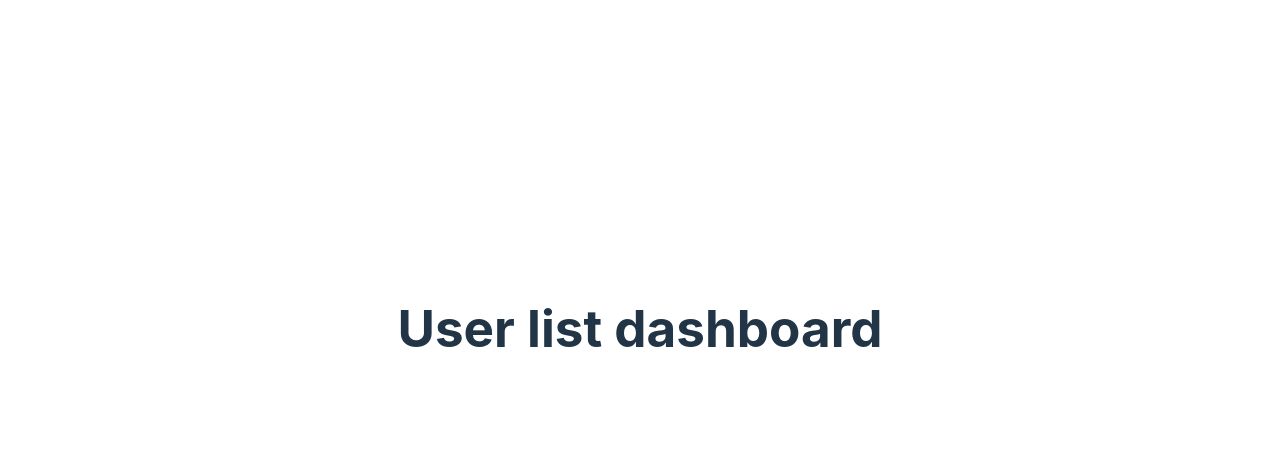
Repository: atzin-escandia/react-typescript-users-dashboard
Page: /
An editor plug-in stored every save of this project. The page is shown before and after the next save, followed by the edit.
The browser window is 1280 px wide. The pictures show the whole page.
The page's requests for data from a server got no answer. The project was rebuilt for these pictures with package versions that can differ from the ones it lists, and the page was loaded fresh each time. No one was signed in, and anything a server would have sent is missing. Also part of the build but not shown: vite.config.ts.

Above is the page before, as saved 2023-10-08 20:52:18.

After the next save:
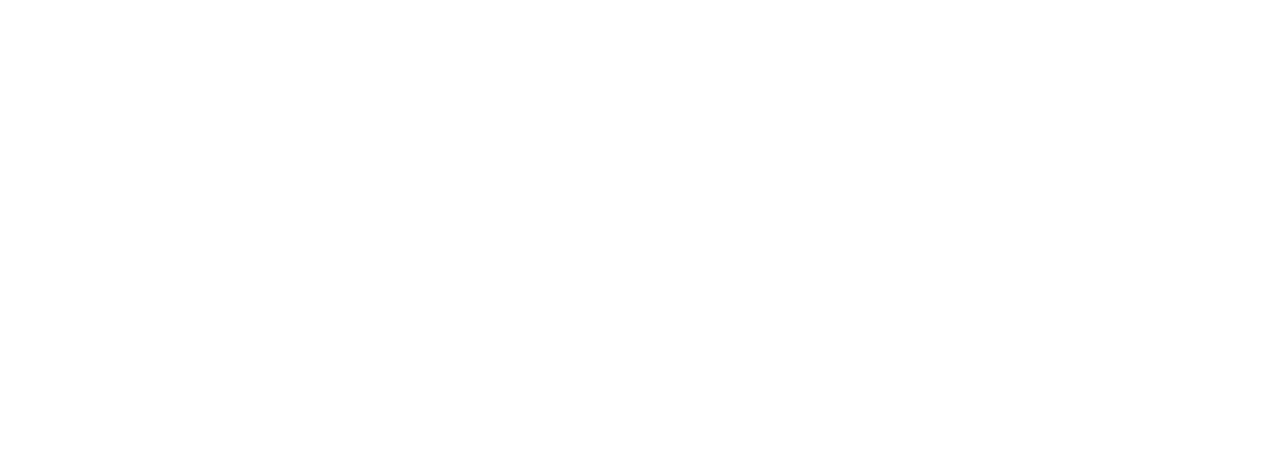
Console error: TypeError: Cannot read properties of undefined (reading 'gender')
Saved 7 s later.
--- a/src/App.tsx
+++ b/src/App.tsx
@@ -14,7 +14,7 @@
   return (
     <>
       <h1>User list dashboard</h1>
-      <section className="card">{users[0]}</section>
+      <section className="card">{users[0].gender}</section>
     </>
   );
 }

After the save that followed:
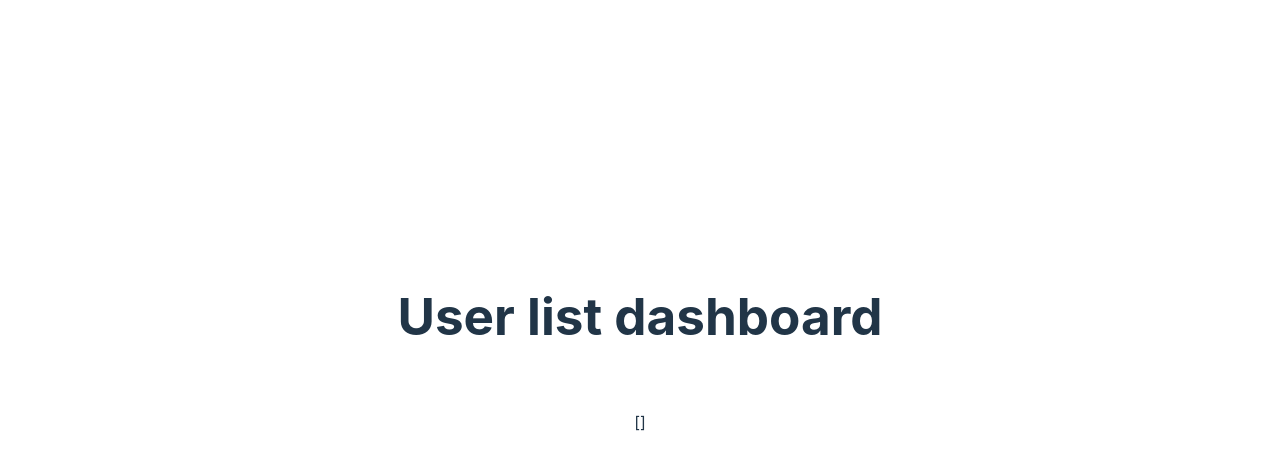
The error is gone.
Saved 59 s later.
--- a/src/App.tsx
+++ b/src/App.tsx
@@ -14,7 +14,7 @@
   return (
     <>
       <h1>User list dashboard</h1>
-      <section className="card">{users[0].gender}</section>
+      <section className="card">{JSON.stringify(users)}</section>
     </>
   );
 }
